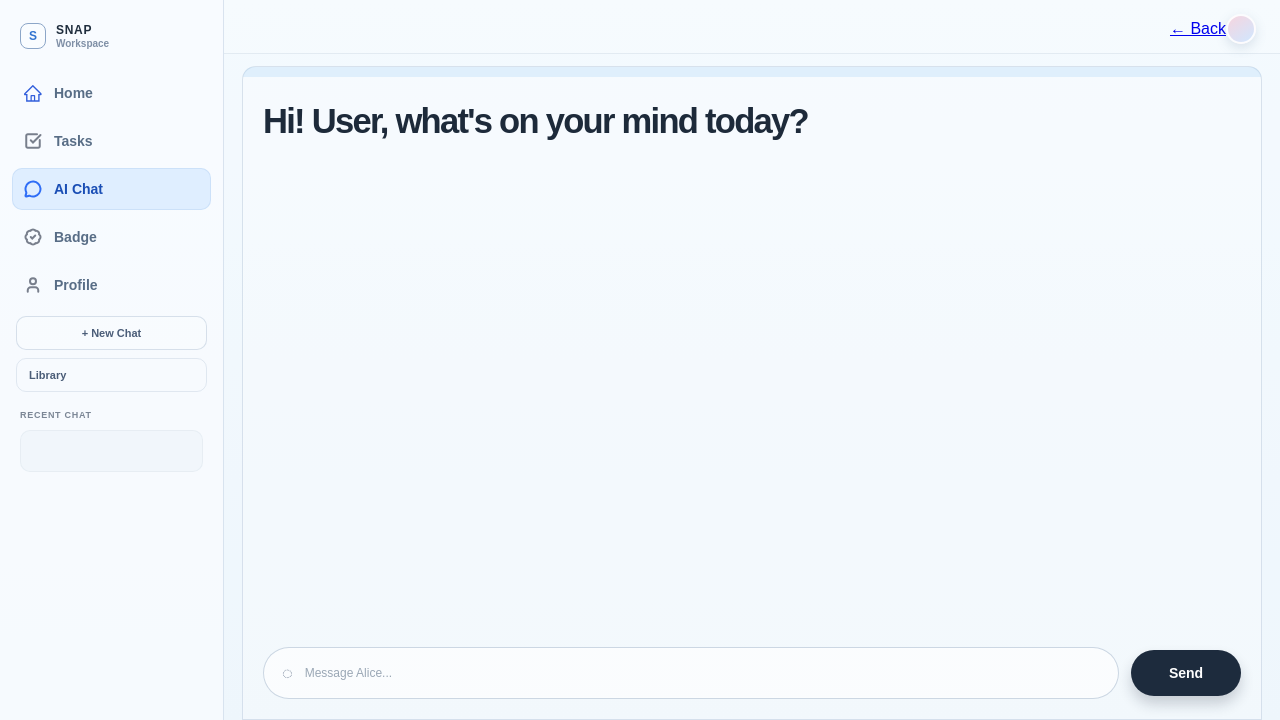
Repository: Lee-Productions-Inc/SNAP_productions
Page: pages/dashboard/ai and chat/ai.html
The author's editor kept a copy of each file at every save. The page is drawn from the files as they stood at one save, then again after the next save.
The browser window is 1280 px wide. The pictures show the whole page.

Above is the page before, as saved 2026-09-24 15:03:04.

### pages/dashboard/ai and chat/ai.html
<!DOCTYPE html>
<html lang="en">
    <head>
        <meta charset="UTF-8">
        <meta name="viewport" content="width=device-width, initial-scale=1.0">
        <title>AI Chat | SNAP</title>
        <link rel="stylesheet" href="../../../designs/dashboard.css">
        <link rel="stylesheet" href="../../../designs/ai_chat.css">
    </head>
    <body>
        <div class="dashboard-shell">
            <div class="dashboard-content">
                <aside class="sidebar" aria-label="Main navigation">
                    <a class="brand" href="../dashboard.html" aria-label="SNAP home">
                        <span class="brand-mark">S</span>
                        <span>
                            <strong>SNAP</strong>
                            <small>Workspace</small>
                        </span>
                    </a>

                    <nav class="primary-nav">
                        <a class="nav-item" href="../dashboard.html">
                            <img class="nav-icon" src="../../../assets/main icons/Vector.svg" alt="Home icon">
                            Home
                        </a>
                        <a class="nav-item" href="../tasks.html">
                            <img class="nav-icon" src="../../../assets/main icons/check-square.svg" alt="Tasks icon">
                            Tasks
                        </a>
                        <a class="nav-item active" href="ai_and_chat.html">
                            <img class="nav-icon-active" src="../../../assets/main icons/message-circle.svg" alt="AI chat icon">
                            AI Chat
                        </a>
                        <a class="nav-item" href="../badges.html">
                            <img class="nav-icon" src="../../../assets/main icons/badge-check.svg" alt="Badge icon">
                            Badge
                        </a>
                        <a class="nav-item" href="../profile/profile.html">
                            <img class="nav-icon" src="../../../assets/main icons/user.svg" alt="Profile icon">
                            Profile
                        </a>
                    </nav>

                    <div class="chat-utils">
                        <button class="new-chat-button" type="button">+ New Chat</button>
                        <button class="library-button" type="button">Library</button>
                    </div>

                    <div class="recent-notes" aria-label="Recent chat">
                        <h2>Recent Chat</h2>
                        <div class="empty-recent" aria-hidden="true"></div>
                    </div>
                </aside>

                <main class="dashboard-main ai-chat-panel" aria-label="AI chat panel">
                    <div class="top-bar">
                        <a class="back-link" href="ai_chat.html" aria-label="Back to AI & Chat">← Back</a>
                        <a class="profile-placeholder" href="../profile/profile.html" aria-label="Open profile"></a>
                    </div>

                    <div class="chat-surface">
                        <div class="chat-message" aria-label="AI start message">
                            Hi! User, what's on your mind today?
                        </div>

                        <div class="chat-input-row">
                            <div class="message-input-wrap">
                                <span class="input-icon" aria-hidden="true">◌</span>
                                <input type="text" placeholder="Message Alice..." aria-label="Message Alice">
                            </div>
                            <button type="button" class="send-button">Send</button>
                        </div>
                    </div>
                </main>
            </div>
        </div>
    </body>
</html>

### designs/dashboard.css
:root {
    --shell-bg: #edf5fb;
    --sidebar-bg: rgba(249, 252, 255, 0.8);
    --sidebar-border: rgba(138, 167, 198, 0.28);
    --panel-bg: rgba(255, 255, 255, 0.45);
    --panel-border: rgba(143, 182, 219, 0.25);
    --active-bg: #dfeeff;
    --active-text: #1a4eb5;
    --muted: #75859b;
    --text: #1f2d3d;
    --sidebar-width: 224px;
    --appbar-height: 66px;
    --radius: 16px;
    --space-sm: 10px;
    --space-md: 16px;
    --space-lg: 20px;
    font-family: Arial, sans-serif;
    color: var(--text);
    background: var(--shell-bg);
}

* {
    box-sizing: border-box;
}

html, body {
    min-width: 320px;
    min-height: 100vh;
    margin: 0;
    background: var(--shell-bg);
    color: var(--text);
    font-family: Arial, sans-serif;
}

button,
a,
input {
    font: inherit;
}

button,
a {
    -webkit-tap-highlight-color: transparent;
}

img {
    display: block;
}

.dashboard-shell {
    display: flex;
    min-height: 100vh;
    background: linear-gradient(180deg, #f6fbff 0%, #edf5fb 100%);
}

.dashboard-content {
    display: flex;
    flex: 1 1 auto;
    width: 100%;
    min-height: 100vh;
}

.sidebar {
    position: sticky;
    top: 0;
    display: flex;
    flex: 0 0 var(--sidebar-width);
    flex-direction: column;
    height: 100vh;
    padding: 14px 12px 18px;
    border-right: 1px solid var(--sidebar-border);
    background: var(--sidebar-bg);
}

.brand {
    display: flex;
    align-items: center;
    gap: 10px;
    min-height: 36px;
    margin: 4px 8px 18px;
    color: var(--text);
    text-decoration: none;
}

.brand-mark {
    display: grid;
    width: 26px;
    height: 26px;
    place-items: center;
    border: 1px solid #8ca6c8;
    border-radius: 8px;
    background: rgba(255,255,255,0.24);
    color: #3173d0;
    font-size: 12px;
    font-weight: 800;
}

.brand strong,
.brand small {
    display: block;
}

.brand strong {
    font-size: 12px;
    font-weight: 800;
    letter-spacing: 0.06em;
    text-transform: uppercase;
}

.brand small {
    margin-top: 1px;
    color: #7f8fa6;
    font-size: 10px;
    font-weight: 600;
}

.primary-nav {
    display: grid;
    gap: 6px;
}

.nav-item {
    display: flex;
    align-items: center;
    gap: 12px;
    min-height: 42px;
    padding: 0 12px;
    border-radius: 10px;
    color: #586d86;
    font-size: 14px;
    font-weight: 700;
    text-decoration: none;
    transition: background 150ms ease, color 150ms ease, transform 150ms ease;
}

.nav-item:hover {
    color: var(--active-text);
    background: rgba(223, 238, 255, 0.75);
}

.nav-item.active {
    color: var(--active-text);
    background: var(--active-bg);
    box-shadow: inset 0 0 0 1px rgba(125, 171, 223, 0.2);
}

.nav-icon {
    width: 18px;
    height: 18px;
    flex: 0 0 18px;
    opacity: 0.9;
    object-fit: contain;
}

.nav-icon-active {
    filter: brightness(0) saturate(100%) invert(32%) sepia(82%) saturate(1459%) hue-rotate(205deg) brightness(97%) contrast(99%);
}

.recent-notes {
    margin-top: 18px;
    padding: 0 8px;
}

.recent-notes h2 {
    margin: 0 0 10px;
    color: #7b8695;
    font-size: 9px;
    font-weight: 800;
    letter-spacing: 0.08em;
    text-transform: uppercase;
}

.dashboard-main {
    flex: 1 1 auto;
    min-width: 0;
    padding: 10px 18px 32px;
}

.dashboard-header {
    position: sticky;
    top: 0;
    z-index: 20;
    display: flex;
    align-items: center;
    justify-content: space-between;
    gap: 14px;
    width: 100%;
    min-height: var(--appbar-height);
    margin: 0 0 18px;
    padding: 12px 18px;
    border: 1px solid var(--panel-border);
    border-radius: 18px;
    background: rgba(255, 255, 255, 0.42);
    backdrop-filter: blur(8px);
    box-shadow: inset 0 1px 0 rgba(255,255,255,0.6);
}

.search-box {
    display: flex;
    align-items: center;
    width: min(100%, 460px);
    min-height: 42px;
    padding: 0 14px;
    border: 1px solid #dfe7f0;
    border-radius: 17px;
    background: rgba(246, 250, 254, 0.9);
    color: #9aa7b6;
}

.search-box span {
    margin-right: 10px;
    color: #7b8aa0;
    font-size: 18px;
    line-height: 1;
}

.search-box input {
    width: 100%;
    min-height: 0;
    border: 0;
    outline: 0;
    background: transparent;
    color: var(--text);
    font-size: 14px;
}

.search-box input::placeholder {
    color: #97a5b7;
}

.header-actions {
    display: flex;
    align-items: center;
    gap: 10px;
    margin-left: auto;
}

.text-action {
    display: inline-flex;
    align-items: center;
    justify-content: center;
    gap: 8px;
    min-height: 34px;
    padding: 0 14px;
    border: 1px solid #dfe7f0;
    border-radius: 14px;
    background: rgba(255,255,255,0.26);
    color: #4d5d73;
    font-size: 13px;
    font-weight: 700;
    text-decoration: none;
}

.text-action:hover {
    color: var(--active-text);
}

.new-note {
    min-height: 38px;
    border: 0;
    border-radius: 12px;
    background: #17243a;
    color: #fff;
    box-shadow: 0 8px 18px rgba(23, 36, 58, 0.15);
}

.selected-action {
    background: #dfeeff;
    border-color: rgba(141, 170, 206, 0.42);
    color: #2e4d79;
}

.folder-action {
    background: rgba(255,255,255,0.7);
}

.text-action-icon {
    width: 14px;
    height: 14px;
    object-fit: contain;
}

.profile-placeholder {
    width: 30px;
    height: 30px;
    padding: 0;
    border: 2px solid rgba(255,255,255,0.9);
    border-radius: 50%;
    background: linear-gradient(145deg, #f6d5df 0%, #d0e7ff 100%);
    box-shadow: 0 4px 12px rgba(82, 112, 143, 0.18);
    cursor: pointer;
}

.status-grid {
    display: grid;
    grid-template-columns: repeat(3, minmax(0, 1fr));
    gap: 18px;
    margin-top: 12px;
}

.status-card {
    position: relative;
    display: block;
    min-height: 128px;
    padding: 18px 18px 16px 18px;
    border: 0;
    border-radius: 18px;
    box-shadow: 0 8px 18px rgba(72, 104, 138, 0.06);
}

.today-card {
    background: #a5d4fa;
}

.progress-card {
    background: #f5e8b8;
}

.completed-card {
    background: #bfefcf;
}

.status-icon {
    position: absolute;
    left: 18px;
    top: 18px;
    display: grid;
    width: 42px;
    height: 42px;
    place-items: center;
    border-radius: 11px;
    background: rgba(255,255,255,0.42);
    flex-shrink: 0;
}

.status-icon-image {
    width: 22px;
    height: 22px;
    object-fit: contain;
}

.today-icon {
    filter: brightness(0) saturate(100%) invert(36%) sepia(96%) saturate(1800%) hue-rotate(205deg) brightness(97%) contrast(97%);
}

.status-info {
    position: relative;
    display: flex;
    flex-direction: column;
    align-items: flex-start;
    justify-content: flex-start;
    min-width: 0;
    height: 100%;
    padding-left: 0;
    padding-top: 70px;
}

.status-label {
    position: absolute;
    top: 14px;
    right: 14px;
    color: #647183;
    font-size: 13px;
    font-weight: 700;
    letter-spacing: 0.01em;
}

.status-count {
    display: block;
    margin: 0;
    color: #1f2d3f;
    font-size: 30px;
    font-weight: 800;
    line-height: 1;
}

.status-info small {
    display: block;
    margin-top: 8px;
    color: #6e7f95;
    font-size: 13px;
    font-weight: 600;
}

.notes-section {
    margin-top: 24px;
}

.section-heading {
    display: flex;
    align-items: center;
    justify-content: space-between;
    gap: 12px;
    margin-top: 8px;
}

.section-heading h2 {
    margin: 0;
    color: #1e2a3a;
    font-size: 18px;
    font-weight: 800;
}

.edit-button {
    min-height: 34px;
    padding: 0 14px;
    border: 1px solid #dfe7f0;
    border-radius: 14px;
    background: rgba(255,255,255,0.3);
    color: #5d7089;
    font-size: 13px;
    font-weight: 700;
    cursor: pointer;
}

.notes-grid {
    display: grid;
    grid-template-columns: repeat(3, minmax(0, 1fr));
    gap: 18px;
    margin-top: 16px;
}

.note-placeholder {
    width: 100%;
    aspect-ratio: 1.90;
    min-height: 150px;
    border: 1px solid #e5ebf1;
    border-radius: 16px;
    background: rgba(255, 255, 255, 0.7);
    box-shadow: 0 8px 14px rgba(88, 118, 151, 0.06);
    cursor: pointer;
}

.note-placeholder:hover,
.note-placeholder:focus-visible {
    border-color: #73aeeb;
    background: #fff;
    outline: none;
}

@media (max-width: 900px) {
    .sidebar {
        flex-basis: 190px;
    }

    .nav-item {
        font-size: 13px;
    }

    .notes-grid {
        grid-template-columns: repeat(2, minmax(0, 1fr));
    }
}

@media (max-width: 680px) {
    .dashboard-shell {
        display: block;
    }

    .dashboard-content {
        display: block;
    }

    .sidebar {
        position: relative;
        z-index: 1;
        width: 100%;
        height: auto;
        min-height: auto;
        padding: 12px 10px 8px;
        border-right: none;
        border-bottom: 1px solid var(--sidebar-border);
    }

    .brand {
        margin: 0 4px 12px;
    }

    .primary-nav {
        display: flex;
        gap: 6px;
        overflow-x: auto;
        padding-bottom: 4px;
    }

    .nav-item {
        flex: 0 0 auto;
        gap: 8px;
        min-height: 34px;
        padding: 0 11px;
        font-size: 13px;
    }

    .nav-icon {
        width: 16px;
        height: 16px;
    }

    .recent-notes {
        display: none;
    }

    .dashboard-main {
        padding: 12px 12px 42px;
    }

    .dashboard-header {
        align-items: center;
        flex-wrap: wrap;
        min-height: auto;
        padding: 10px 12px;
    }

    .search-box {
        width: 100%;
        min-height: 38px;
    }

    .header-actions {
        width: 100%;
        justify-content: flex-start;
        flex-wrap: wrap;
        gap: 8px;
    }

    .status-grid {
        grid-template-columns: 1fr;
        gap: 10px;
    }

    .status-card {
        min-height: 92px;
    }

    .notes-grid {
        gap: 10px;
    }

    .note-placeholder {
        min-height: 130px;
    }
}

### designs/ai_chat.css
.chat-utils {
    display: grid;
    gap: 8px;
    margin-top: 10px;
    padding: 0 4px;
}

.new-chat-button,
.library-button {
    display: flex;
    align-items: center;
    justify-content: center;
    width: 100%;
    min-height: 34px;
    border: 1px solid rgba(141, 166, 193, 0.32);
    border-radius: 10px;
    background: rgba(255, 255, 255, 0.18);
    color: #4b5d78;
    font-size: 11px;
    font-weight: 700;
    cursor: pointer;
    transition: background 160ms ease, border-color 160ms ease, color 160ms ease;
}

.new-chat-button {
    background: rgba(255, 255, 255, 0.22);
}

.new-chat-button:hover,
.library-button:hover {
    background: rgba(224, 239, 255, 0.52);
    border-color: rgba(130, 163, 212, 0.42);
    color: #1d4fc1;
}

.library-button {
    justify-content: flex-start;
    padding-left: 12px;
    background: transparent;
    border-color: rgba(142, 166, 193, 0.22);
}

.recent-notes {
    margin-top: 18px;
    padding: 0 8px;
}

.recent-notes h2 {
    margin: 0 0 10px;
    color: #7b8695;
    font-size: 9px;
    font-weight: 800;
    letter-spacing: 0.08em;
    text-transform: uppercase;
}

.empty-recent {
    min-height: 42px;
    border-radius: 10px;
    background: rgba(226, 235, 244, 0.28);
    border: 1px solid rgba(200, 212, 225, 0.26);
}

.ai-chat-panel {
    display: flex;
    flex: 1 1 auto;
    flex-direction: column;
    min-height: 100vh;
    padding: 0;
    background: rgba(239, 246, 252, 0.38);
}

.top-bar {
    display: flex;
    justify-content: flex-end;
    align-items: center;
    min-height: 54px;
    padding: 12px 24px 8px;
    background: rgba(255,255,255,0.14);
    border-bottom: 1px solid rgba(148, 170, 196, 0.2);
}

.avatar {
    width: 28px;
    height: 28px;
    border-radius: 50%;
    background: linear-gradient(135deg, #d3cfe8 0%, #9bc5de 40%, #7e9bb5 100%);
    box-shadow: inset 0 0 0 2px rgba(255,255,255,0.7);
}

.chat-surface {
    position: relative;
    display: flex;
    flex: 1;
    flex-direction: column;
    justify-content: center;
    margin: 12px 18px 0;
    padding: 0 20px 18px;
    border: 1px solid rgba(201, 214, 228, 0.7);
    border-radius: 14px 14px 0 0;
    background: rgba(255, 255, 255, 0.24);
    box-shadow: inset 0 0 0 1px rgba(255, 255, 255, 0.08);
}

.chat-surface::before {
    content: "";
    position: absolute;
    top: 0;
    left: 0;
    width: 100%;
    height: 10px;
    border-radius: 14px 14px 0 0;
    background: rgba(160, 207, 242, 0.28);
}

.chat-message {
    margin-top: 12px;
    color: #1d2a3a;
    font-size: clamp(28px, 2.7vw, 42px);
    font-weight: 800;
    letter-spacing: -0.05em;
    text-align: left;
    line-height: 1.18;
    padding: 22px 0 0;
}

.chat-input-row {
    display: flex;
    align-items: center;
    gap: 12px;
    margin-top: auto;
    padding: 0 0 2px;
}

.message-input-wrap {
    display: flex;
    align-items: center;
    flex: 1 1 auto;
    min-height: 52px;
    padding: 0 18px;
    border: 1px solid rgba(199, 211, 224, 0.9);
    border-radius: 999px;
    background: rgba(255,255,255,0.62);
    box-shadow: inset 0 0 0 1px rgba(255,255,255,0.2);
}

.input-icon {
    margin-right: 10px;
    color: #7f8ca0;
    font-size: 18px;
}

.message-input-wrap input {
    flex: 1 1 auto;
    width: 100%;
    min-width: 0;
    border: 0;
    outline: 0;
    background: transparent;
    color: var(--text-primary);
    font-size: 12px;
}

.message-input-wrap input::placeholder {
    color: #9aa7b5;
}

.send-button {
    min-width: 110px;
    min-height: 46px;
    border: 0;
    border-radius: 999px;
    background: #1d2b3d;
    color: #fff;
    font-size: 14px;
    font-weight: 700;
    cursor: pointer;
    box-shadow: 0 8px 14px rgba(24, 35, 53, 0.2);
}

@media (max-width: 900px) {
    .dashboard-shell {
        flex-direction: column;
    }

    .sidebar {
        flex-basis: auto;
        min-height: auto;
        border-right: 0;
        border-bottom: 1px solid var(--border);
    }

    .ai-chat-panel {
        min-height: 70vh;
    }

    .chat-input-row {
        flex-direction: column;
        align-items: stretch;
    }

    .send-button {
        width: 100%;
    }
}

After the next save:
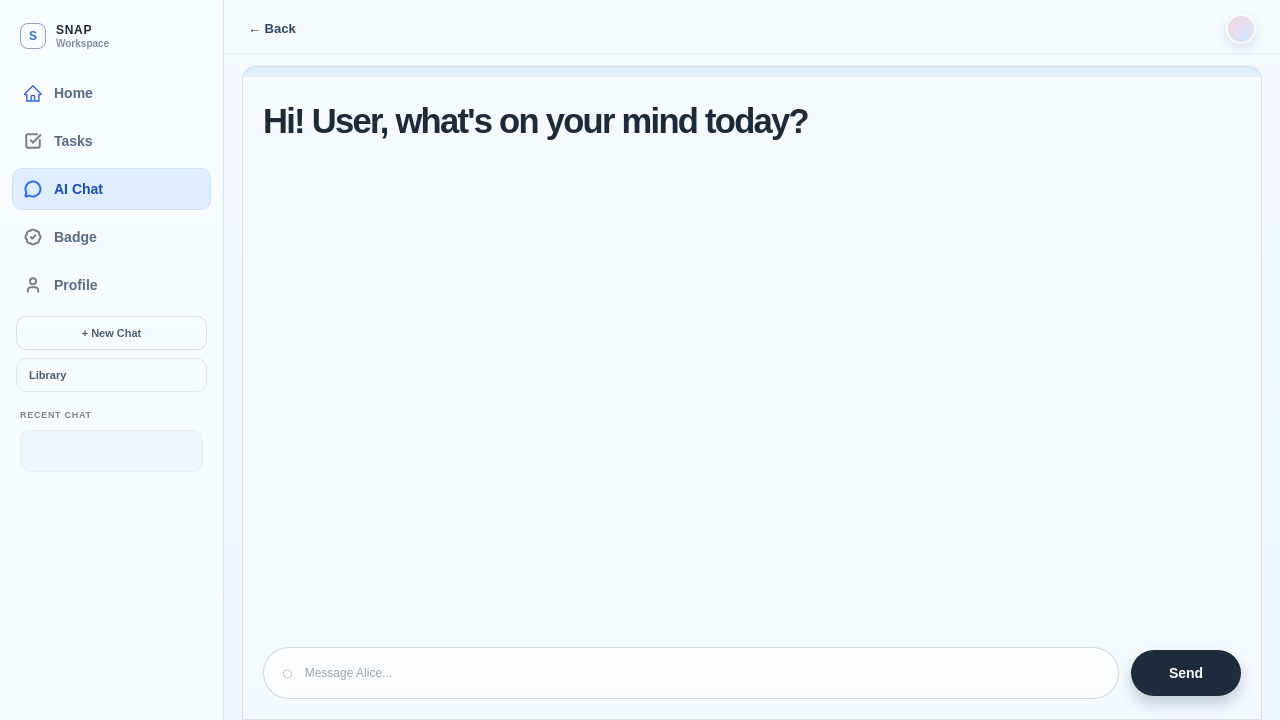
Saved 5 min 26 s later.
--- a/pages/dashboard/ai and chat/ai.html
+++ b/pages/dashboard/ai and chat/ai.html
@@ -55,7 +55,7 @@
 
                 <main class="dashboard-main ai-chat-panel" aria-label="AI chat panel">
                     <div class="top-bar">
-                        <a class="back-link" href="ai_chat.html" aria-label="Back to AI & Chat">← Back</a>
+                        <a class="back-link" href="ai_and_chat.html" aria-label="Back to AI & Chat">← Back</a>
                         <a class="profile-placeholder" href="../profile/profile.html" aria-label="Open profile"></a>
                     </div>
 
--- a/designs/ai_chat.css
+++ b/designs/ai_chat.css
@@ -72,12 +72,28 @@
 
 .top-bar {
     display: flex;
-    justify-content: flex-end;
+    justify-content: space-between;
     align-items: center;
     min-height: 54px;
     padding: 12px 24px 8px;
     background: rgba(255,255,255,0.14);
     border-bottom: 1px solid rgba(148, 170, 196, 0.2);
+}
+
+.back-link {
+    display: inline-flex;
+    align-items: center;
+    gap: 6px;
+    color: #2d4564;
+    font-size: 13px;
+    font-weight: 700;
+    text-decoration: none;
+    transition: color 160ms ease;
+}
+
+.back-link:hover,
+.back-link:focus-visible {
+    color: #1d4fc1;
 }
 
 .avatar {
